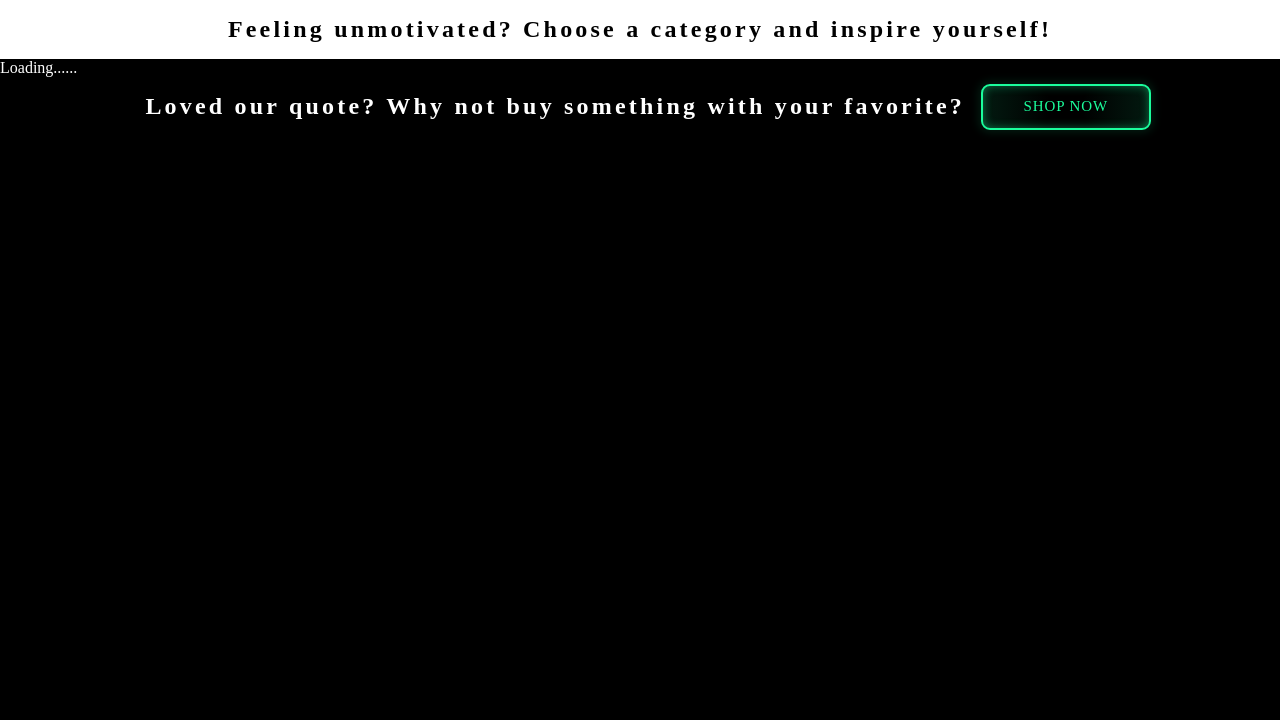
Repository: alanrceratti/motivational
Page: /
These files come from the project's save history. The page is drawn as it stood at one moment and after a run of saves; the edit follows.
The browser window is 1280 px wide. The pictures show the whole page.
The page's requests for data from a server got no answer. Some web fonts or font styles are not loaded; a fallback is used. The project was rebuilt for these pictures with package versions that can differ from the ones it lists, and the page was loaded fresh each time. No one was signed in, and anything a server would have sent is missing. Also part of the build but not shown: webpack.config.js, src/Options.module.scss, src/Options.js, src/Components/CategorySelect.module.scss.

Above is the page before, as saved 2023-01-14 17:17:40.

After the next 2 saves:
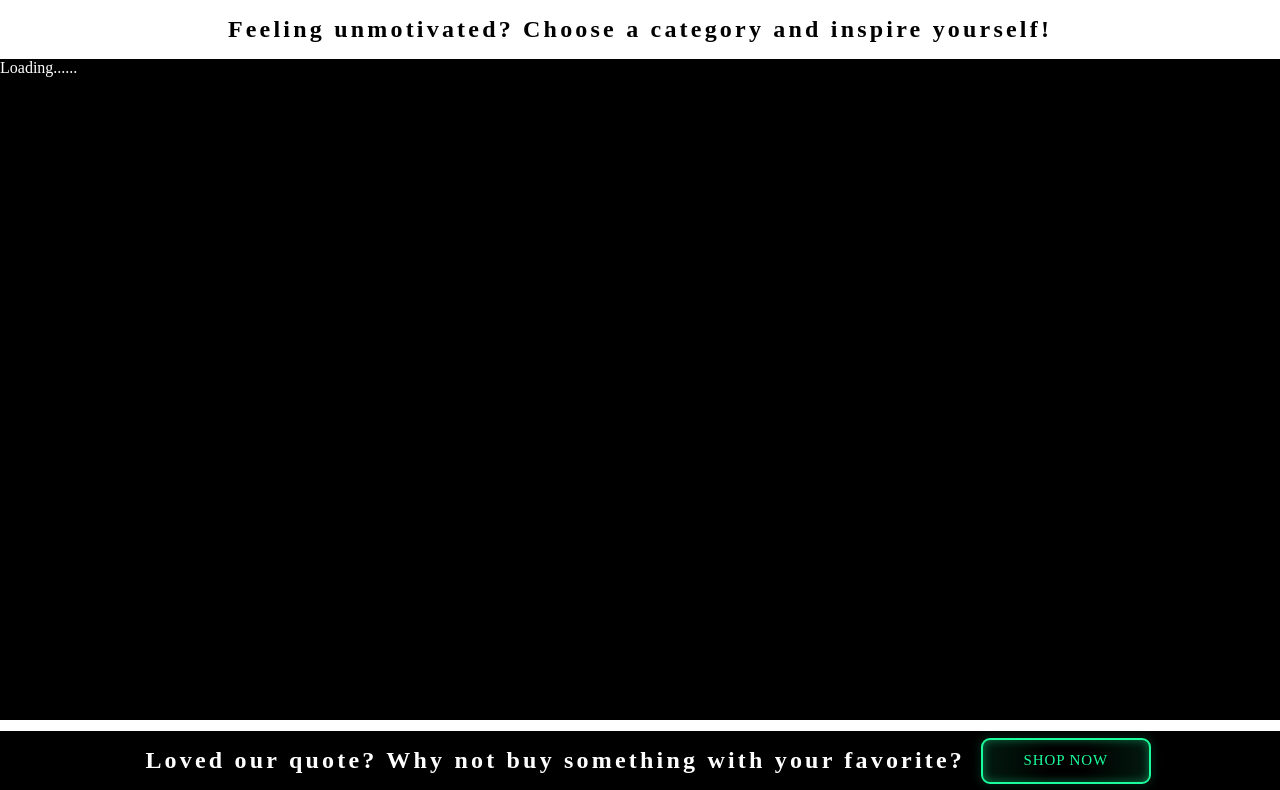
The 2 saves are shown as one change because 1 did not build or start.
The last was saved 50 s later.
--- a/src/Components/PhraseGet.js
+++ b/src/Components/PhraseGet.js
@@ -2,6 +2,7 @@
 import styles from "../Components/PhraseGet.module.scss";
 import Options from "../Options";
 import { CategorySelect } from "./CategorySelect";
+import { Loading } from "./Loading";
 
 function PhraseGet() {
 	// state variable to store the selected category id
@@ -167,7 +168,7 @@
 				handleClick={handleClick}
 				showSelect={showSelect}
 			/>
-
+		<Loading/>
 		</section>
 	);
 }

After the save that followed:
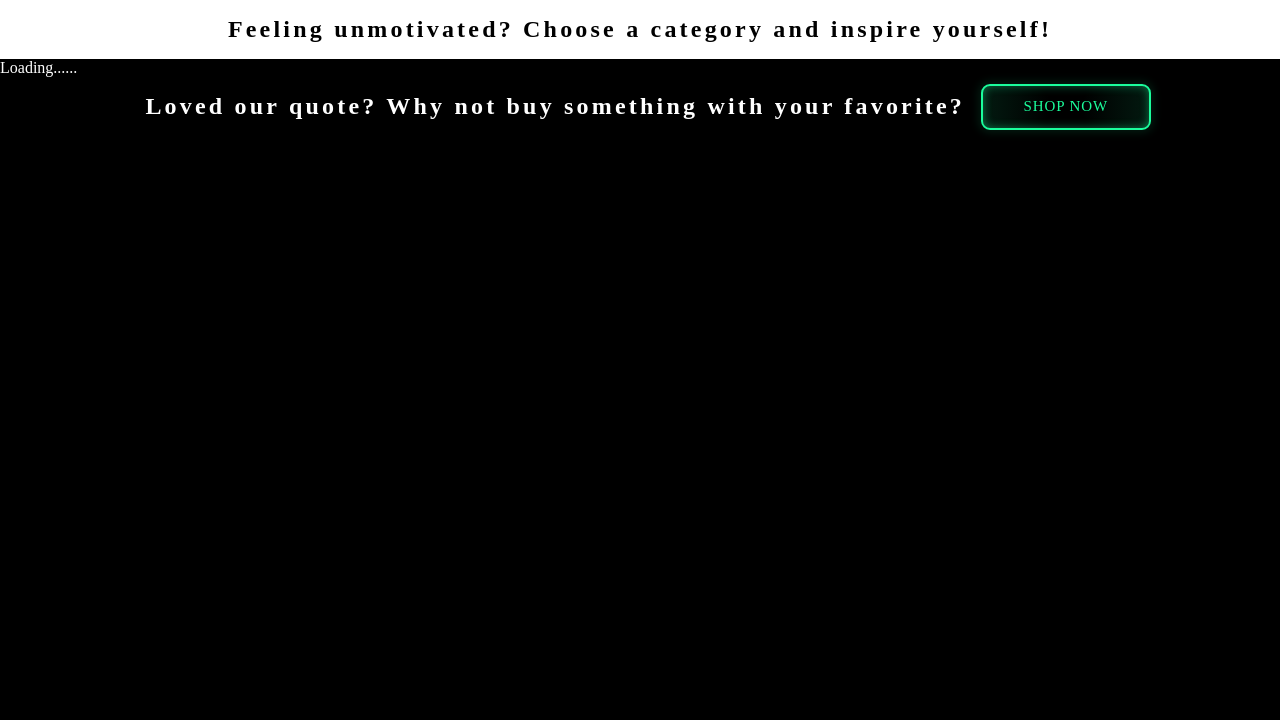
Saved 30 s later.
--- a/src/Components/Loading.js
+++ b/src/Components/Loading.js
@@ -5,18 +5,7 @@
 	const { loadingImg, data } = props;
 	return (
 		<>
-			{loadingImg ? (
-				<h1>Loading</h1>
-			) : (
-				<div className={styles.um}>
-					<div>
-						{data && (
-							<img src={data.image_url} alt="image_phrase" />
-						)}
-						{data ? <h1>{data.phrase}</h1> : "Loading..."}
-					</div>
-				</div>
-			)}
+
 		</>
 	);
 }
